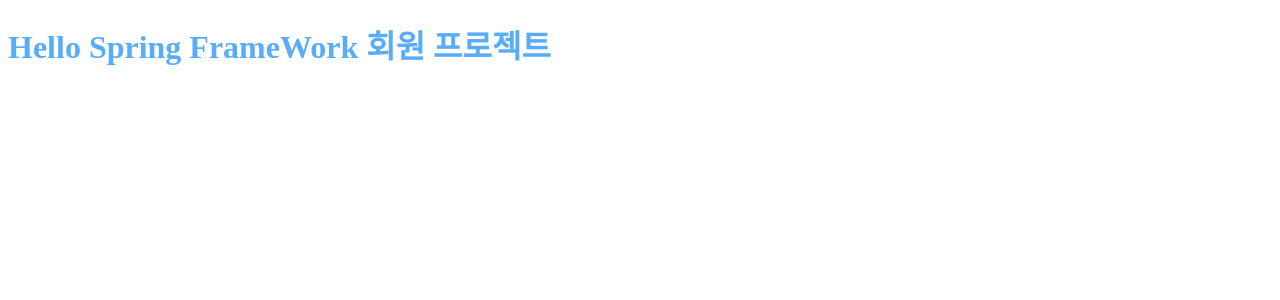
Repository: skrnldudna1/Spring
Page: http://localhost/member_framework/
The author's editor kept a copy of each file at every save. The page is drawn from the files as they stood at one save, then again after the next save.
The browser window is 1280 px wide. The pictures show the whole page.
The page is served by Tomcat 9. Other server files are loaded and not shown.

Above is the page before, as saved 2024-12-02 01:51:53.

### 회원관리프로그램 실습중(ing)/member_framework/src/main/webapp/WEB-INF/views/index.jsp
<%@ page language="java" contentType="text/html; charset=UTF-8"
    pageEncoding="UTF-8"%>

<!DOCTYPE html>
<html>
<head>
<meta charset="UTF-8">
<title>회원관리 프로젝트</title>
</head>
<body>
<h1 style="color: #58ACFA;">Hello Spring FrameWork 회원 프로젝트</h1>

</body>
</html>

After the next save:
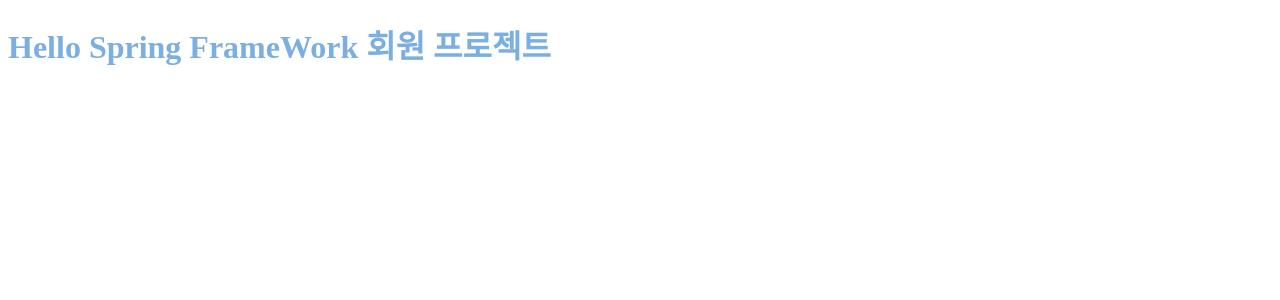
Saved 32 s later.
--- a/회원관리프로그램 실습중(ing)/member_framework/src/main/webapp/WEB-INF/views/index.jsp
+++ b/회원관리프로그램 실습중(ing)/member_framework/src/main/webapp/WEB-INF/views/index.jsp
@@ -8,7 +8,7 @@
 <title>회원관리 프로젝트</title>
 </head>
 <body>
-<h1 style="color: #58ACFA;">Hello Spring FrameWork 회원 프로젝트</h1>
+<h1 style="color: #7BAEE1;">Hello Spring FrameWork 회원 프로젝트</h1>
 
 </body>
 </html>
